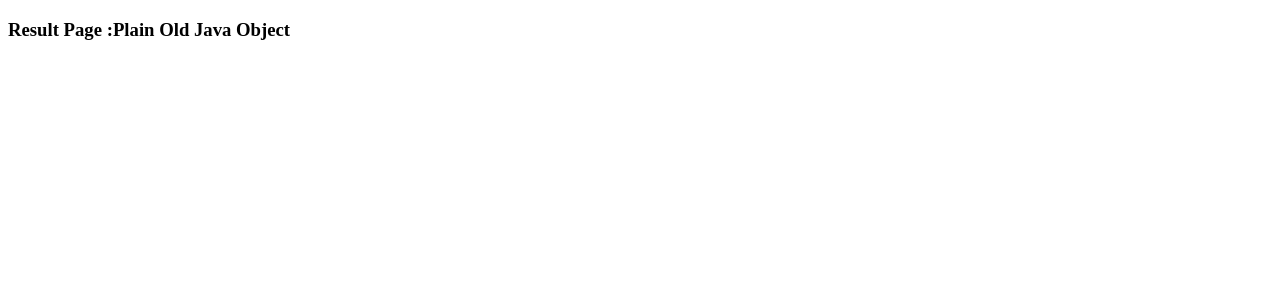
Repository: hamham1210/JavaStudy
Page: http://localhost/Maven02_SpringMVC/index.do
These files come from the project's save history. The page is drawn as it stood at one moment and after the next save; the edit follows.
The browser window is 1280 px wide. The pictures show the whole page.
The page is served by Tomcat 9. Other server files are loaded and not shown.

Above is the page before, as saved 2024-10-02 02:47:07.

### Maven02_SpringMVC/src/main/webapp/WEB-INF/views/result.jsp
<%@ page language="java" contentType="text/html; charset=UTF-8"
    pageEncoding="UTF-8"%>
<!DOCTYPE html>
<html>
<head>
<meta charset="UTF-8">
<title>Insert title here</title>
</head>
<body>
<h3>Result Page :${info}</h3>
</body>
</html>

After the next save:
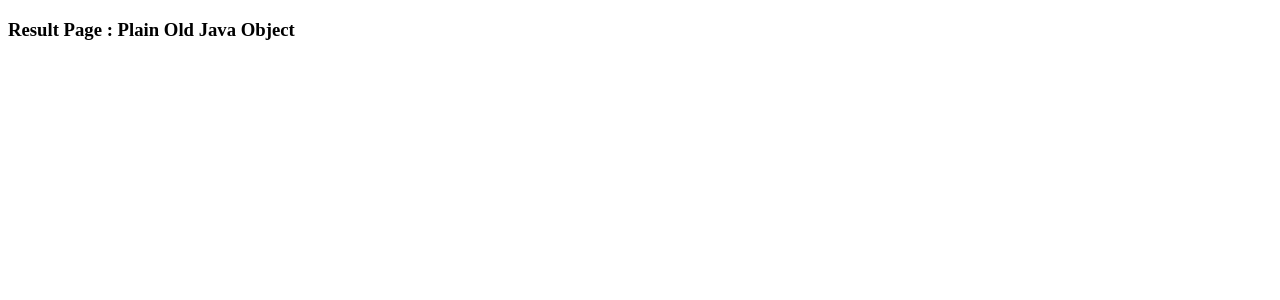
Saved 20 s later.
--- a/Maven02_SpringMVC/src/main/webapp/WEB-INF/views/result.jsp
+++ b/Maven02_SpringMVC/src/main/webapp/WEB-INF/views/result.jsp
@@ -7,6 +7,6 @@
 <title>Insert title here</title>
 </head>
 <body>
-<h3>Result Page :${info}</h3>
+<h3>Result Page : ${info}</h3>
 </body>
 </html>
